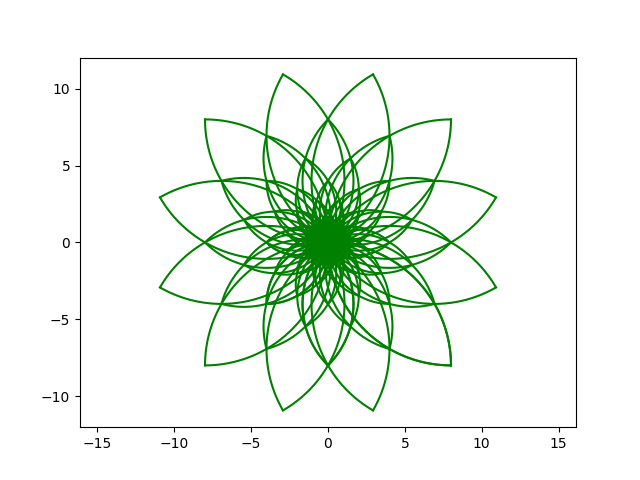
Repository: lbylzkx/Circle-Point-Manuscript
Script's output: python water-lily.py
The author's editor kept a copy of each file at every save. The script's output is drawn from the files as they stood at one save, then again after the next save.
Random numbers start from a fixed seed.

Above is the script's output before, as saved 2023-10-01 16:02:43.

### water-lily.py
import numpy as np
import matplotlib.pyplot as plt
from arc import *


# points of water-lily

# Right:
# center:
def waterlily_x_center_right(n, thelta=0):
    return np.sqrt(2)**(n-1)*np.cos(n*np.pi/4+np.pi/4+thelta)


def waterlily_y_center_right(n, thelta=0):
    return np.sqrt(2)**(n-1)*np.sin(n*np.pi/4+np.pi/4+thelta)


# Left:
# center:


def waterlily_x_center_left(n, thelta=0):
    return np.sqrt(2)**(n-1)*np.cos(n*np.pi/4+7*np.pi/4+thelta)


def waterlily_y_center_left(n, thelta=0):
    return np.sqrt(2)**(n-1)*np.sin(n*np.pi/4+7*np.pi/4+thelta)


# from:
def waterlily_x_from(n, thelta=0):
    return np.sqrt(2)**n*np.cos(n*np.pi/4+thelta)


def waterlily_y_from(n, thelta=0):
    return np.sqrt(2)**n*np.sin(n*np.pi/4+thelta)


# to
(0, 0)


# petal
# 放
# arc_inverse((waterlily_x_center_left(8), waterlily_y_center_left(8)),
#             (waterlily_x_from(8), waterlily_y_from(8)), (0, 0), 'g')
# arc_inverse((waterlily_x_center_right(8), waterlily_y_center_right(8)), (0, 0),
#             (waterlily_x_from(8), waterlily_y_from(8)), 'g')
# 聚
# arc((waterlily_x_center_left(8), waterlily_y_center_left(8)), (0, 0),
#     (waterlily_x_from(8), waterlily_y_from(8)))
# arc((waterlily_x_center_right(8), waterlily_y_center_right(8)),
#     (waterlily_x_from(8), waterlily_y_from(8)), (0, 0))

def onepetal(n, thelta, color):
    arc((waterlily_x_center_left(n, thelta), waterlily_y_center_left(n, thelta)), (0, 0),
        (waterlily_x_from(n, thelta), waterlily_y_from(n, thelta)), color)
    arc((waterlily_x_center_right(n, thelta), waterlily_y_center_right(n, thelta)),
        (waterlily_x_from(n, thelta), waterlily_y_from(n, thelta)), (0, 0), color)


# 颜色：红橙黄绿蓝靛紫
color = ['r', 'g', 'b', 'c', 'm', 'y', 'k', 'w']
# petals
# for i in range(-8, 8):
#     onepetal(i, color[i])
for n in range(0, 8):
    for i in range(0, 13):
        onepetal(n, i*np.pi/6, 'g')
# onepetal(7, 'g')

# water-lily


# for alpha in range(0, 12):
#     for n in range(-10, 9):
#         arc_inverse((loutus_x_center_inverse(n, alpha*np.pi/6), loutus_y_center_inverse(n, alpha*np.pi/6)),
#                     (loutus_x_from_inverse(n, alpha*np.pi/6),
#                      loutus_y_from_inverse(n, alpha*np.pi/6)),
#                     (loutus_x_to_inverse(n, alpha*np.pi/6), loutus_y_to_inverse(n, alpha*np.pi/6)), 'y')


plt.axis('equal')
plt.show()

### arc.py
import matplotlib.pyplot as plt
import numpy as np
import sys
sys.path.append('C:/Userslbylzk/Documents/BaiduSyncdisk/Flowers')

""""""
# 从point1到point2的圆弧
""""""

# 顺时针


def arc(center, point1, point2, color='b'):
    # 计算端点到圆心的向量
    vector1 = np.array(point1) - np.array(center)
    vector2 = np.array(point2) - np.array(center)

    # 计算向量的模长
    r1 = np.linalg.norm(vector1)
    r2 = np.linalg.norm(vector2)

    # 计算向量之间的夹角
    theta1 = np.arctan2(vector1[1], vector1[0])
    theta2 = np.arctan2(vector2[1], vector2[0])

    # 确保 theta2 > theta1
    if theta1 < theta2:
        theta1 += 2 * np.pi

    # 计算圆弧上的点
    t = np.linspace(theta1, theta2, 100)
    x = center[0] + r1 * np.cos(t)
    y = center[1] + r1 * np.sin(t)

    # X,Y轴等长
    plt.axis('equal')
    # 绘制圆弧
    plt.plot(x, y, color)

# 逆时针


def arc_inverse(center, point1, point2, color='b'):
    # 计算端点到圆心的向量
    vector1 = np.array(point1) - np.array(center)
    vector2 = np.array(point2) - np.array(center)

    # 计算向量的模长
    r1 = np.linalg.norm(vector1)
    r2 = np.linalg.norm(vector2)

    # 计算向量之间的夹角
    theta1 = np.arctan2(vector1[1], vector1[0])
    theta2 = np.arctan2(vector2[1], vector2[0])

    # 确保 theta2 > theta1
    if theta2 < theta1:
        theta2 += 2 * np.pi

    # 计算圆弧上的点
    t = np.linspace(theta1, theta2, 100)
    x = center[0] + r1 * np.cos(t)
    y = center[1] + r1 * np.sin(t)

    # X,Y轴等长
    plt.axis('equal')
    # 绘制圆弧
    plt.plot(x, y, color)


"""通过角度画圆弧
"""


def arc_degree(center, radius, angle1, angle2, color='b'):
    angle = np.linspace(angle1, angle2, 1000)
    x = center[0] + radius * np.cos(angle)
    y = center[1] + radius * np.sin(angle)
    plt.axis('equal')
    plt.plot(x, y, color)


# arc_degree((0, 0), 3, np.pi/4, 7*np.pi/4, 'g')


# 示例
# arc((1, 1), (2, 1), (1, 0), 'r')
# arc((1, 1), (1, 0), (2, 1), 'r')
# arc_inverse((1, 1), (1, 0), (2, 1), 'g')
# plt.axis('equal')
# plt.show()

After the next save:
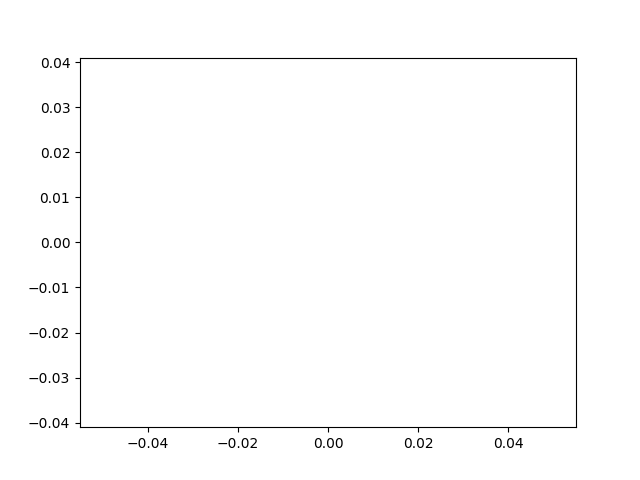
Saved 21 s later.
--- a/water-lily.py
+++ b/water-lily.py
@@ -64,9 +64,6 @@
 # petals
 # for i in range(-8, 8):
 #     onepetal(i, color[i])
-for n in range(0, 8):
-    for i in range(0, 13):
-        onepetal(n, i*np.pi/6, 'g')
 # onepetal(7, 'g')
 
 # water-lily

After the save that followed:
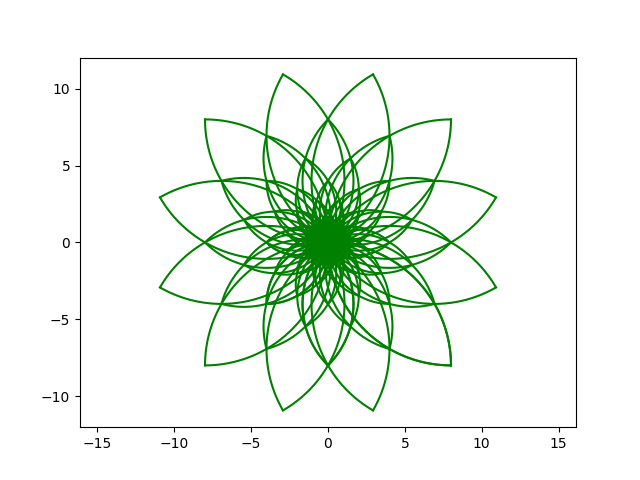
Saved 11 s later.
--- a/water-lily.py
+++ b/water-lily.py
@@ -68,6 +68,9 @@
 
 # water-lily
 
+for n in range(0, 8):
+    for i in range(0, 13):
+        onepetal(n, i*np.pi/6, 'g')
 
 # for alpha in range(0, 12):
 #     for n in range(-10, 9):
